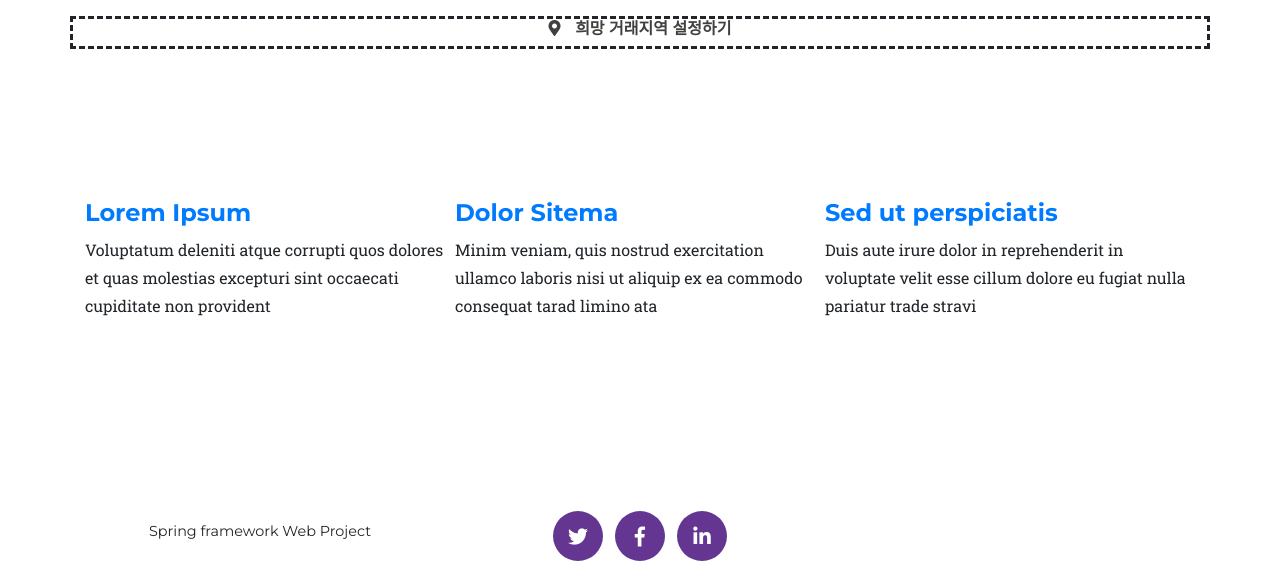
Repository: mim-mim-ji/Cleanmarket_web
Page: http://localhost/CleanMarket/WEB-INF/views/home.jsp
An editor plug-in stored every save of this project. The page is shown before and after the next save, followed by the edit.
The browser window is 1280 px wide. The pictures show the part of the page from y = 358 to 944 px (the page is 944 px tall).
Some web fonts or font styles are not loaded; a fallback is used. The page is served by Tomcat 9. Nobody is signed in. Other server files are loaded and not shown. The template is opened directly, without the code that normally fills it, so the values that code supplies are empty.

Above is the page before, as saved 2021-03-18 04:57:44.

### CleanMarket/src/main/webapp/WEB-INF/views/home.jsp
<%@ page language="java" contentType="text/html; charset=UTF-8"
    pageEncoding="UTF-8"%>

<jsp:include page="include/header.jsp" />
<jsp:include page="include/main.jsp" />
<jsp:include page="include/footer.jsp" />

### CleanMarket/src/main/webapp/WEB-INF/views/include/header.jsp
<%@ page language="java" contentType="text/html; charset=UTF-8"
	pageEncoding="UTF-8"%>
<%@ taglib prefix="c" uri="http://java.sun.com/jsp/jstl/core"%>
<!DOCTYPE html>
<html lang="ko">
<head>

<meta charset="UTF-8">
<meta content="width=device-width, initial-scale=1.0" name="viewport">
<meta content="" name="description">
<meta content="" name="keywords">

<title>CleanMarket</title>


<!-- Bootstrap core CSS -->
  <link rel="stylesheet" href="<c:url value='/vendor/bootstrap/css/bootstrap.min.css'/>">

  <!-- Custom fonts for this template -->
  <link rel="stylesheet" type="text/css" href="<c:url value='/vendor/fontawesome-free/css/all.min.css'/>" >
  <link href="https://fonts.googleapis.com/css?family=Montserrat:400,700" rel="stylesheet" type="text/css">
  <link href='https://fonts.googleapis.com/css?family=Kaushan+Script' rel='stylesheet' type='text/css'>
  <link href='https://fonts.googleapis.com/css?family=Droid+Serif:400,700,400italic,700italic' rel='stylesheet' type='text/css'>
  <link href='https://fonts.googleapis.com/css?family=Roboto+Slab:400,100,300,700' rel='stylesheet' type='text/css'>

  <!-- Custom styles for this template -->
  <link rel="stylesheet" href="<c:url value='/css/agency.min.css'/>" >

  <!-- Bootstrap core JavaScript -->
  <script src="<c:url value='/vendor/jquery/jquery.min.js'/>"></script>
  <script src="<c:url value='/vendor/bootstrap/js/bootstrap.bundle.min.js'/>"></script>


  <!-- Plugin JavaScript -->
  <script src="<c:url value='/vendor/jquery-easing/jquery.easing.min.js'/>"></script>
  <script type="text/javascript" src="https://cdn.jsdelivr.net/jquery.validation/1.16.0/jquery.validate.min.js"></script>

  <!-- Contact form JavaScript -->
  <script src="<c:url value='/js/jqBootstrapValidation.js'/>"></script>

</head>

<body id="page-top">


	<!-- Navigation -->
  <nav class="navbar navbar-expand-lg navbar-light fixed-top" id="mainNav">
    <div class="container">
      <a class="navbar-brand" href="/cleanmarket">
      	Clean Market
      </a>
      <button class="navbar-toggler navbar-toggler-right" type="button" data-toggle="collapse" data-target="#navbarResponsive">
        메뉴
        <i class="fas fa-bars"></i>
      </button>

      <div class="collapse navbar-collapse" id="navbarResponsive">
        <ul class="navbar-nav text-uppercase ml-auto">
          <li class="nav-item">
            <a class="nav-link js-scroll-trigger" href="/cleanmarket">HOME</a>
          </li>

          <li class="nav-item dropdown">
            <a class="nav-link js-scroll-trigger dropdown-toggle" data-toggle="dropdown">카테고리</a>
            <div class="dropdown-menu music-menu">

              <div class="dropdown dropright">
		        <a class="dropdown-item dropdown-toggle music-tap" data-toggle="dropdown">여성의류</a>
		      </div>

		      <div class="dropdown dropright">
		        <a class="dropdown-item dropdown-toggle music-tap" data-toggle="dropdown">남성의류</a>

		      </div>

		      <div class="dropdown dropright">
		        <a class="dropdown-item dropdown-toggle music-tap" data-toggle="dropdown">신발</a>
		      </div>

		      <div class="dropdown dropright">
		        <a class="dropdown-item dropdown-toggle music-tap" data-toggle="dropdown">모자/인형/가방</a>
		      </div>
		    </div>
          </li>
          <c:if test="${login == null}" >
          	<li class="nav-item">
            	<a class="nav-link js-scroll-trigger" href="<c:url value='/login' />">LOGIN</a>
         	</li>
         </c:if>
          <c:if test="${login == null}" >
          	<li class="nav-item">
            	<a class="nav-link js-scroll-trigger" href="<c:url value='/join_type_select' />">JOIN</a>
          	</li>
          </c:if>
          <c:if test="${login != null}" >
	          <li class="nav-item">
	            <a class="nav-link js-scroll-trigger" href="#">MYPAGE</a>
	          </li>
	          <li class="nav-item">
	            <a class="nav-link js-scroll-trigger" href="/cleanmarket/logout" onclick="return confirm('로그아웃 하시겠습니까?')">LOGOUT</a>
	          </li>
	          <li class="nav-item">
	            <a class="nav-link js-scroll-trigger" href="#">NOTICE</a>
	          </li>
	          <li class="nav-item">
          </c:if>
          <li class="nav-item">
            <a class="nav-link js-scroll-trigger" href="#"><i class="fas fa-search"></i></a>
          </li>

        </ul>
      </div>
    </div>
  </nav><br><br>

### CleanMarket/src/main/webapp/WEB-INF/views/include/main.jsp
<%@ page language="java" contentType="text/html; charset=UTF-8"
	pageEncoding="UTF-8"%>
<%@ taglib prefix="c" uri="http://java.sun.com/jsp/jstl/core"%>

<div>
	<div align="right" style="background-color: orange; margin-top: 20px; height: 30px; opacity: 0.8;">
		<div class="container">
			<a href="#" style="border-radius: 0px; color: #404040; margin-top: 20px;"><i class="fas fa-pen">&nbsp; 판매하기</i></a>&nbsp;
			<a href="#" style="border-radius: 0px; color: #404040; margin-top: 20px;"><i class="fas fa-map-marker-alt">&nbsp;희망거래지역</i> </a>
		</div>

	</div>
</div>

<div class="owl-item" style="width: 100%">
	<div class='item holder section '
		style='background-image: url(https://cdn.imweb.me/thumbnail/20210224/9bca30e69d209.jpg); background-color: #dddddd; background-repeat: no-repeat; background-size: cover; background-position: 50% 50%;'>
		<div class='op _op' style='position: relative; z-index: 11;'>
			<div class='header-content _visual_height m_ratio'>
				<div class='text _text_wrap'>
					<div class='text-wrap _text fr-view'>
						<h1 style="text-align: center;">
							<br>
						</h1>
						<h1 style="text-align: center;">
							<span style="font-size: 30px; color: white;">크린마켓에서는&nbsp;</span><span
								style="font-size: 30px; color: white;">비대면 중고거래 가능</span>
						</h1>
						<p style="text-align: center;">
							<br>
						</p>
						<h6 style="text-align: center;">
							<span style="font-size: 20px;color: white;">희망 거래 지역 설정하고 중고거래 하자!</span>
						</h6>
						<p>
							<br>
						</p>
						<p>
							<br>
						</p>

					</div>
				</div>
			</div>
		</div>
	</div>
</div>

<div class="container" align="center" style="border-style: dashed;">
	<h6>
		<a style="border-radius: 30px; color: #404040;">
			<span style="margin-right: 10px;">
				<i aria-hidden="true" class="fas fa-map-marker-alt"></i>
			</span>희망 거래지역 설정하기
		</a>
	</h6>
</div>



<main id="main"> <!-- ======= Featured Services Section ======= -->
<section id="featured-services" class="featured-services section-bg">
	<div class="container">

		<div class="row no-gutters">
			<div class="col-lg-4 col-md-6">
				<div class="icon-box">
					<div class="icon">
						<i class="icofont-computer"></i>
					</div>
					<h4 class="title">
						<a href="">Lorem Ipsum</a>
					</h4>
					<p class="description">Voluptatum deleniti atque corrupti quos
						dolores et quas molestias excepturi sint occaecati cupiditate non
						provident</p>
				</div>
			</div>
			<div class="col-lg-4 col-md-6">
				<div class="icon-box">
					<div class="icon">
						<i class="icofont-image"></i>
					</div>
					<h4 class="title">
						<a href="">Dolor Sitema</a>
					</h4>
					<p class="description">Minim veniam, quis nostrud exercitation
						ullamco laboris nisi ut aliquip ex ea commodo consequat tarad
						limino ata</p>
				</div>
			</div>
			<div class="col-lg-4 col-md-6">
				<div class="icon-box">
					<div class="icon">
						<i class="icofont-tasks-alt"></i>
					</div>
					<h4 class="title">
						<a href="">Sed ut perspiciatis</a>
					</h4>
					<p class="description">Duis aute irure dolor in reprehenderit
						in voluptate velit esse cillum dolore eu fugiat nulla pariatur
						trade stravi</p>
				</div>
			</div>
		</div>

	</div>
</section>
<!-- End Featured Services Section --> </main>
<!-- End #main -->

### CleanMarket/src/main/webapp/WEB-INF/views/include/footer.jsp
<%@ page language="java" contentType="text/html; charset=UTF-8"
	pageEncoding="UTF-8"%>
<!-- Footer -->
  <footer>
    <div class="container">
      <div class="row">
        <div class="col-md-4">
          <span class="copyright">Spring framework Web Project</span>
        </div>
        <div class="col-md-4">
          <ul class="list-inline social-buttons">
            <li class="list-inline-item">
              <a href="#" style="background-color: #643691;">
                <i class="fab fa-twitter"></i>
              </a>
            </li>
            <li class="list-inline-item">
              <a href="#" style="background-color: #643691;">
                <i class="fab fa-facebook-f"></i>
              </a>
            </li>
            <li class="list-inline-item">
              <a href="#" style="background-color: #643691;">
                <i class="fab fa-linkedin-in"></i>
              </a>
            </li>
          </ul>
        </div>
      </div>
    </div>
  </footer>

<a href="#" class="back-to-top"><i class="icofont-simple-up"></i></a>

</body>
</html>

Loaded but not shown: CleanMarket/src/main/webapp/resources/css/agency.min.css (library)

After the next save:
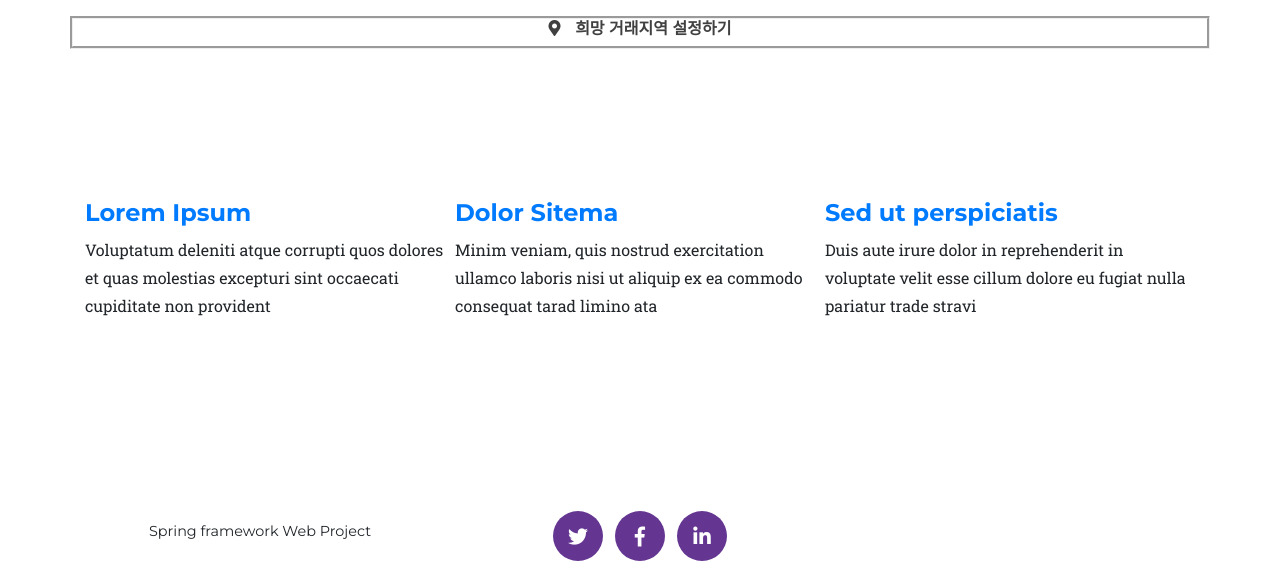
Saved 15 s later.
--- a/CleanMarket/src/main/webapp/WEB-INF/views/include/main.jsp
+++ b/CleanMarket/src/main/webapp/WEB-INF/views/include/main.jsp
@@ -46,7 +46,7 @@
 	</div>
 </div>
 
-<div class="container" align="center" style="border-style: dashed;">
+<div class="container" align="center" style="border-style: groove;">
 	<h6>
 		<a style="border-radius: 30px; color: #404040;">
 			<span style="margin-right: 10px;">
